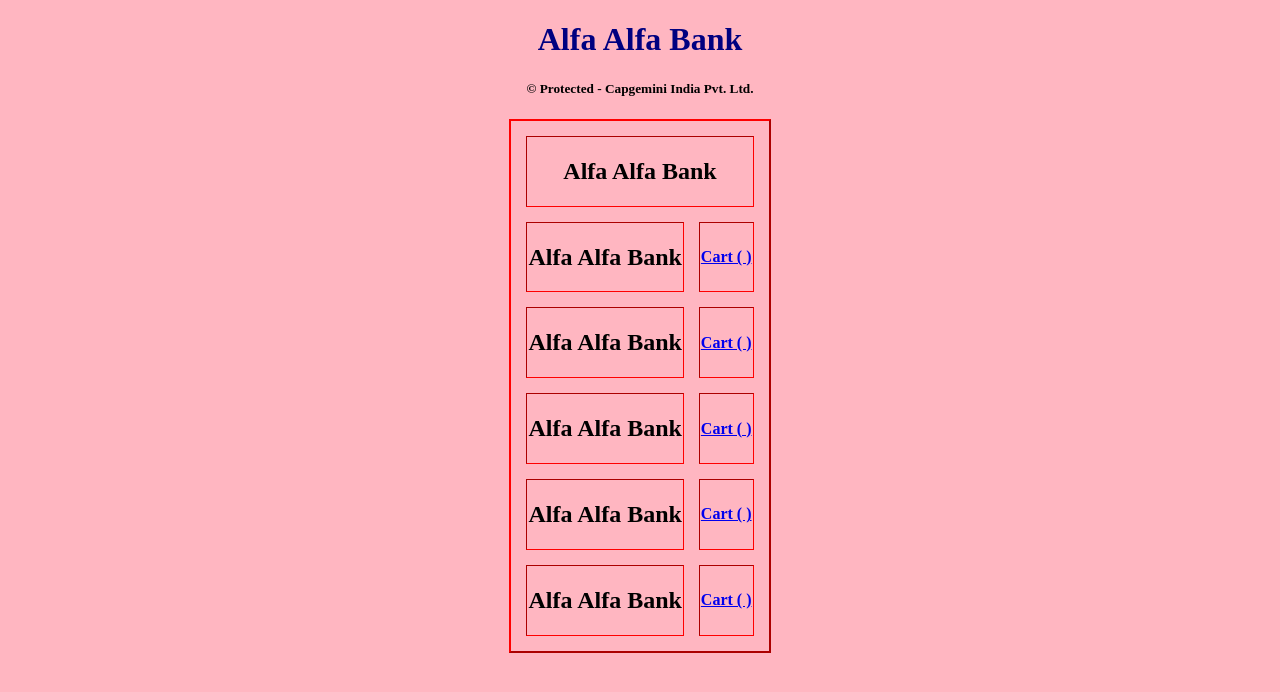
Repository: Rccalfa123/OnlineBankingApp
Page: http://localhost/AlfaAlfaBankApp/home.jsp
An editor plug-in stored every save of this project. The page is shown before and after the next save, followed by the edit.
The browser window is 1280 px wide. The pictures show the whole page.
The page is served by Tomcat 9.

Above is the page before, as saved 2018-08-10 10:39:39.

After the next save:
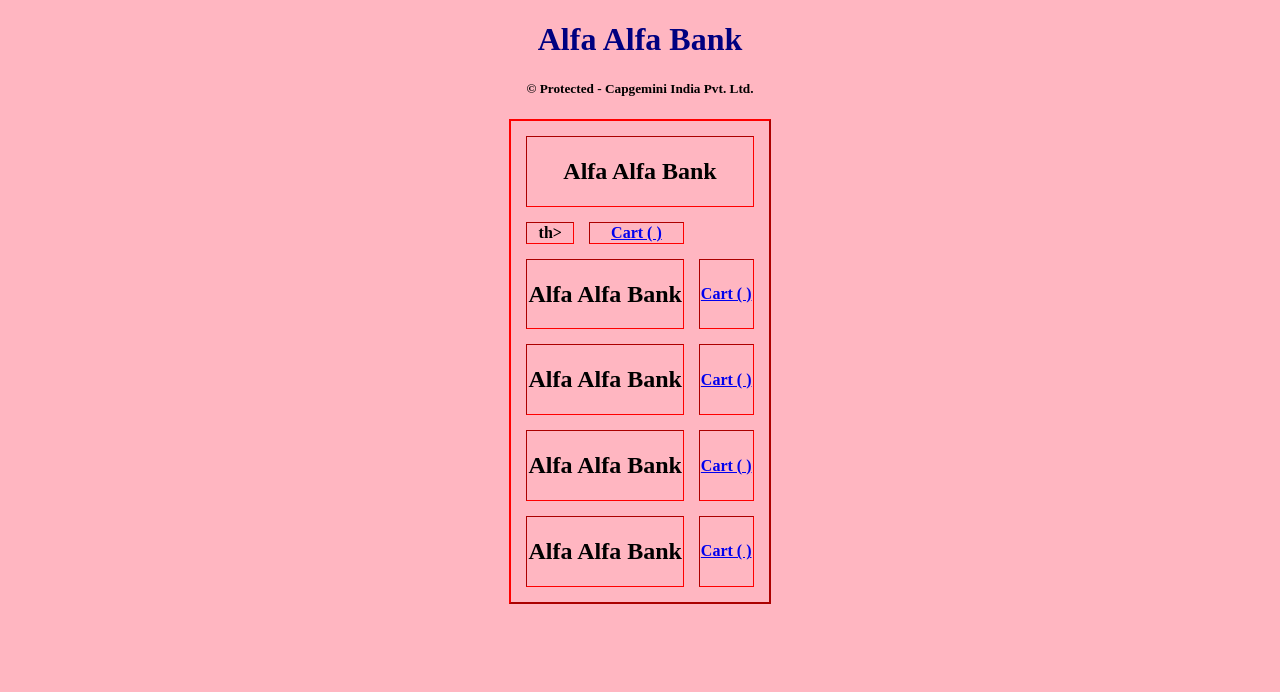
Saved 57 s later.
--- a/AlfaAlfaBankApp/WebContent/home.jsp
+++ b/AlfaAlfaBankApp/WebContent/home.jsp
@@ -21,7 +21,7 @@
 				</tr>
 
 				<tr>
-					<th colspan="4" height="35"><h2>Alfa Alfa Bank</h2></th>
+					<th> <a<div><a><div></a></a></a>th>
 					<th><a href="Cart.jsp">Cart ( ${sessionScope.counter} )</a></th>
 				</tr>
 
